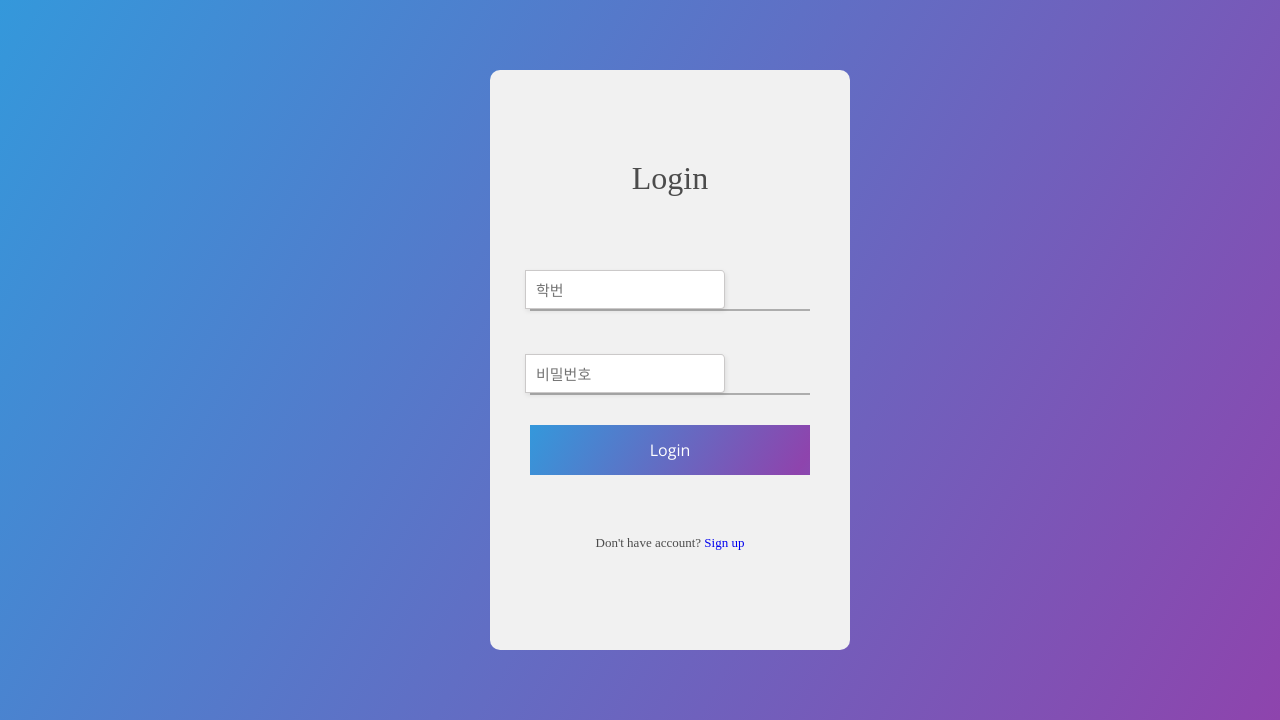
Repository: charmingjae/swproject
Page: http://localhost/bookBoard/login.jsp
The author's editor kept a copy of each file at every save. The page is drawn from the files as they stood at one save, then again after the next save.
The browser window is 1280 px wide. The pictures show the whole page.
Some web libraries are served in a nearby version. The page is served by Tomcat 9.

Above is the page before, as saved 2019-12-18 06:10:57.

After the next save:
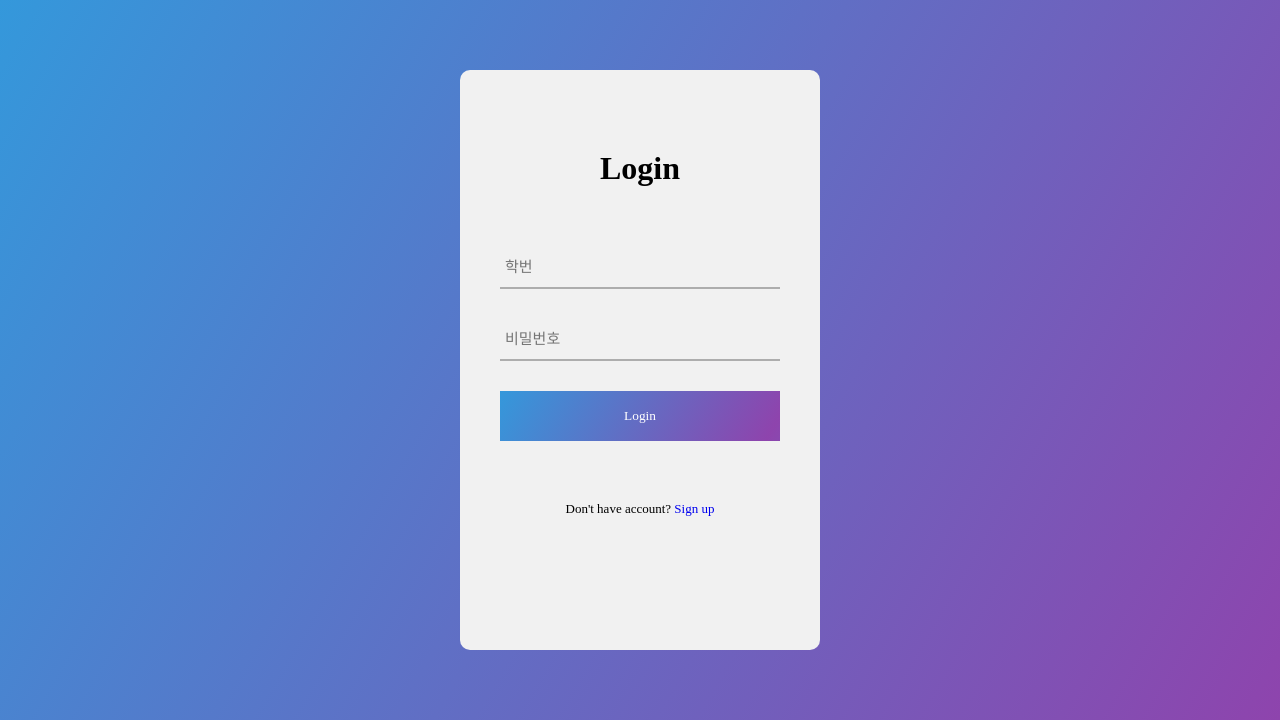
Saved 15 s later.
--- a/JSP/bookBoard/bookBoard/WebContent/login.jsp
+++ b/JSP/bookBoard/bookBoard/WebContent/login.jsp
@@ -9,9 +9,9 @@
 <link href="//netdna.bootstrapcdn.com/font-awesome/3.1.1/css/font-awesome.css" rel="stylesheet">
     <link rel="stylesheet" href="style.css">
     <script src="https://cdnjs.cloudflare.com/ajax/libs/jquery/3.4.1/jquery.min.js" charset="utf-8"></script>
-<style type="text/css">
+<!-- <style type="text/css">
 	@import url("login.css");
-</style>
+</style>  -->
 </head>
 <body>
 
